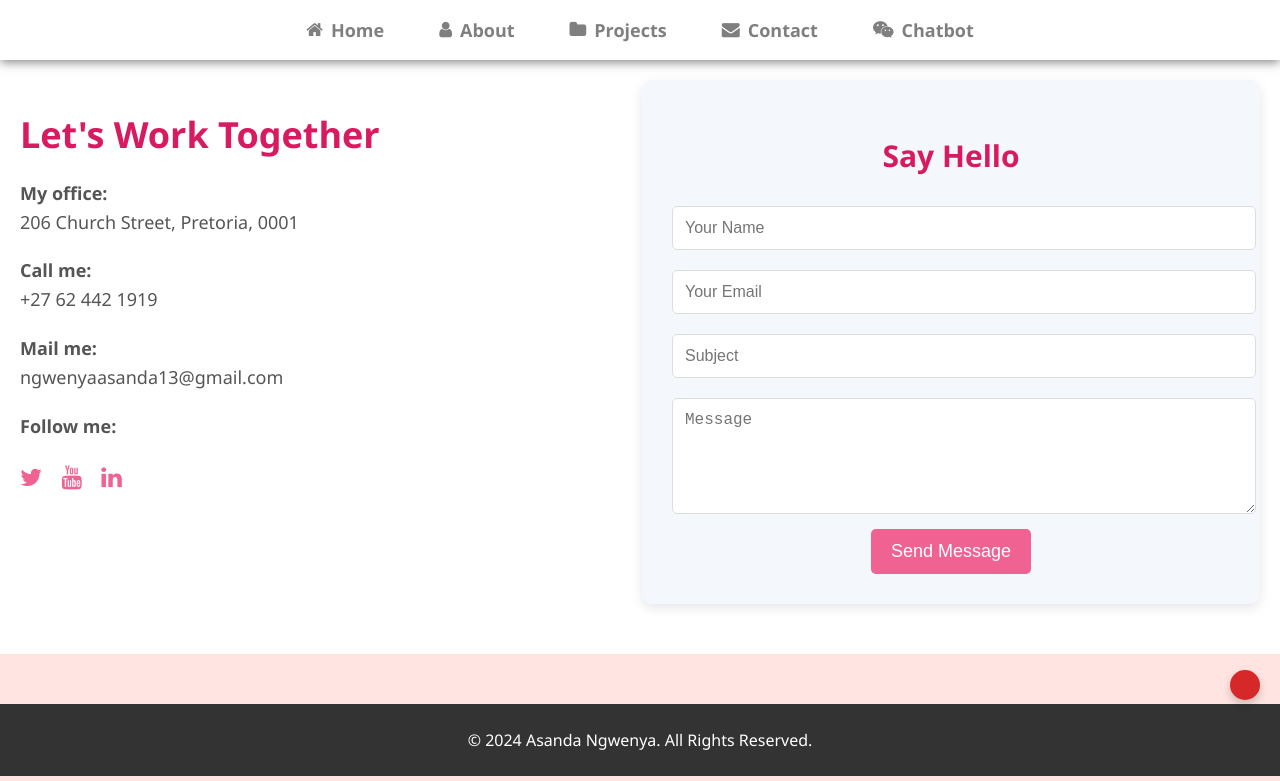
Repository: asandan8106/Asanda-sPortfolio
Page: Portfolio/contact.html
The author's editor kept a copy of each file at every save. The page is drawn from the files as they stood at one save, then again after a run of saves.
The browser window is 1280 px wide. The pictures show the whole page.

Above is the page before, as saved 2025-05-19 16:08:20.

### Portfolio/contact.html
<!DOCTYPE html>
<html lang="en">
<head>
    <meta charset="UTF-8">
    <meta name="viewport" content="width=device-width, initial-scale=1.0">
    <title>Contact Us</title>
    <link rel="stylesheet" href="https://cdnjs.cloudflare.com/ajax/libs/font-awesome/4.7.0/css/font-awesome.min.css">
    <link rel="stylesheet" href="https://cdnjs.cloudflare.com/ajax/libs/font-awesome/4.7.0/css/font-awesome.min.css">


      <link rel="stylesheet" href="styles/CSS/contact.css" />

</head>
<body>

    <!-- Navigation Bar -->
    <header>
        <nav class="navbar">
            <div class="icon-bar">
                <a href="index.html"><i class="fa fa-home"></i><span>Home</span></a>
                <a href="About.html"><i class="fa fa-user"></i><span>About</span></a>
                <a href="project.html"><i class="fa fa-folder"></i><span>Projects</span></a>
                <a href="contact.html"><i class="fa fa-envelope"></i><span>Contact</span></a>
                <a href="chatbot.html"><i class="fa fa-wechat"></i><span>Chatbot</span></a>
            </div>
        </nav>
    </header>

    <!-- Contact Section -->
    <section class="contact-section">
        <div class="contact-container">
            <!-- Contact Information -->
            <div class="contact-info">
                <h1>Let's Work Together</h1>
                <p><strong>My office:</strong><br>206 Church Street, Pretoria, 0001</p>
                <p><strong>Call me:</strong><br>+27 62 442 1919</p>
                <p><strong>Mail me:</strong><br>ngwenyaasanda13@gmail.com</p>
                <p><strong>Follow me:</strong></p>
                <div class="social-icons">
                    <a href="https://www.twitter.com/NgwenyaAN?t=rSr5NJFgYeAspSVYoNGzhA&s=09"><i class="fa fa-twitter"></i></a>
                    <a href="https://fa-youtube.com/@asanda-ngwenya7207?siMnRrGemXOtye"><i class="fa fa-youtube"></i></a>
                    <a href="https://www.linkedin.com/in/asanda-ngwenya-b72b5b2a9"><i class="fa fa-linkedin"></i></a>
                </div>
            </div>

            <!-- Contact Form -->
            <div class="contact-form">
                <h2>Say Hello</h2>
                <form>
                    <input type="text" placeholder="Your Name" required>
                    <input type="email" placeholder="Your Email" required>
                    <input type="text" placeholder="Subject" required>
                    <textarea placeholder="Message" rows="5" required></textarea>
                    <button type="submit">Send Message</button>
                </form>
            </div>
        </div>
    </section>
<!-- Floating Chatbot Icon for global navigation -->
  <a href="chatbot.html" class="chatbot-float" aria-label="Open Chatbot">
    <i class="fas fa-robot"></i>
  </a>
    <!-- Footer -->
    <footer>
        <p>&copy; 2024 Asanda Ngwenya. All Rights Reserved.</p>
    </footer>

</body>
</html>

### Portfolio/styles/CSS/contact.css
   /* General Styles */
        body {
            font-family: 'Segoe UI', Tahoma, Geneva, Verdana, sans-serif;
            margin: 0;
            padding: 0;
            background-color: #ffe4e1; /* Soft Pink */
            color: #333; /* Dark text */
        }

        h1, h2 {
            color: #d81b60; /* Dark pink */
        }

        a {
            text-decoration: none;
            color: #f06292; /* Light pink */
        }

        a:hover {
            text-decoration: underline;
        }

        /* Navigation Bar */
        .navbar {
    display: flex;
    justify-content: center;
    align-items: center;
    background:#fff; /* Transparent black for overlay effect */
    position: fixed;
    top: 0;
    width: 100%;
    height: 60px;
    z-index: 100;
    box-shadow: 0px 2px 10px rgba(0, 0, 0, 0.5);
}

.navbar .icon-bar {
    display: flex;
    gap: 25px;
}

.navbar .icon-bar a {
    text-decoration: none;
    color:rgba(0, 0, 0, 0.5);
    font-size: 18px;
    font-weight: bold;
    display: flex;
    align-items: center;
    transition: color 0.3s, background 0.3s;
    padding: 8px 15px;
    border-radius: 5px;
}

.navbar .icon-bar a i {
    margin-right: 8px;
}

.navbar .icon-bar a:hover {
    color: #d62828;
    background: rgba(255, 255, 255, 0.2);
}

.navbar .icon-bar a span {
    display: inline-block;
}

.navbar-right a:hover {
    color: #ff66b2;
}

        /* Contact Section */
        .contact-section {
            padding: 50px 20px;
            background-color: white;
            text-align: center;
        }

        .contact-container {
            display: flex;
            justify-content: space-between;
            gap: 30px;
            margin-top: 30px;
        }

        .contact-info {
            width: 45%;
            text-align: left;
        }

        .contact-info h1 {
            font-size: 36px;
            color: #d81b60; /* Dark pink */
            margin-bottom: 20px;
        }

        .contact-info p {
            font-size: 18px;
            line-height: 1.6;
            color: #555;
            margin-bottom: 20px;
        }

        .social-icons a {
            color: #f06292; /* Light pink */
            font-size: 24px;
            margin-right: 15px;
            transition: color 0.3s ease;
        }

        .social-icons a:hover {
            color: #d81b60; /* Dark pink */
        }

        .contact-form {
            width: 45%;
            background-color: #f4f7fb;
            padding: 30px;
            border-radius: 10px;
            box-shadow: 0 4px 12px rgba(0, 0, 0, 0.1);
        }

        .contact-form h2 {
            font-size: 30px;
            color: #d81b60;
            margin-bottom: 20px;
        }

        .contact-form form input, .contact-form form textarea {
            width: 100%;
            padding: 12px;
            margin: 10px 0;
            border-radius: 5px;
            border: 1px solid #ddd;
            font-size: 16px;
        }

        .contact-form form button {
            background-color: #f06292; /* Light pink */
            color: white;
            font-size: 18px;
            padding: 12px 20px;
            border-radius: 5px;
            border: none;
            cursor: pointer;
            transition: background-color 0.3s ease;
        }

        .contact-form form button:hover {
            background-color: #ec407a; /* Slightly darker pink */
        }
      /* Floating Chatbot Icon */
.chatbot-float {
    position: fixed;
    bottom: 20px;
    right: 20px;
    background-color: #d62828;
    color: #fff;
    padding: 15px;
    border-radius: 50%;
    text-align: center;
    box-shadow: 0 4px 8px rgba(0, 0, 0, 0.2);
    transition: background 0.3s ease;
    z-index: 999;
    animation: bounce 2.5s infinite;
}

.chatbot-float i {
    font-size: 22px;
}

/* On hover, darken the color */
.chatbot-float:hover {
    background-color: #b71c1c;
}

/* Bounce Animation */
@keyframes bounce {
    0%, 20%, 50%, 80%, 100% {
        transform: translateY(0);
    }

    40% {
        transform: translateY(-10px);
    }

    60% {
        transform: translateY(-5px);
    }
}


        /* Footer */
        footer {
            background-color: #333; /* Black */
            color: white;
            padding: 20px;
            text-align: center;
            margin-top: 50px;
        }

        footer p {
            margin: 5px 0;
        }

        footer a {
            color: #f06292; /* Light pink */
            text-decoration: none;
            font-weight: bold;
        }

        footer a:hover {
            text-decoration: underline;
        }

        /* Responsive Design */
        @media screen and (max-width: 768px) {
            .contact-container {
                flex-direction: column;
                align-items: center;
            }

            .contact-info, .contact-form {
                width: 80%;
            }
        }

        @media screen and (max-width: 480px) {
            .navbar .icon-bar a {
                font-size: 18px;
                margin: 0 8px;
            }

            .contact-form form button {
                font-size: 16px;
            }
        }
    /* Theme Toggle Button */
#theme-toggle {
    position: fixed;
    bottom: 160px;
    right: 20px;
    background-color: #fdd835;
    color: #000;
    border: none;
    padding: 14px;
    border-radius: 50%;
    font-size: 20px;
    cursor: pointer;
    box-shadow: 0 4px 8px rgba(0,0,0,0.3);
    z-index: 1000;
    transition: background 0.3s ease, transform 0.3s ease;
}

#theme-toggle:hover {
    background-color: #fbc02d;
    transform: scale(1.1);
}

/* Dark Mode Styles */
body.dark-mode {
    background-color: #121212;
    color: #f0f0f0;
}

body.dark-mode footer {
    background-color: #1e1e1e;
    color: #ddd;
}

body.dark-mode a {
    color: #90caf9;
}

body.dark-mode .chatbot-float,
body.dark-mode #back-to-top,
body.dark-mode #theme-toggle {
    box-shadow: 0 4px 8px rgba(255, 255, 255, 0.2);
}

After the next 2 saves:
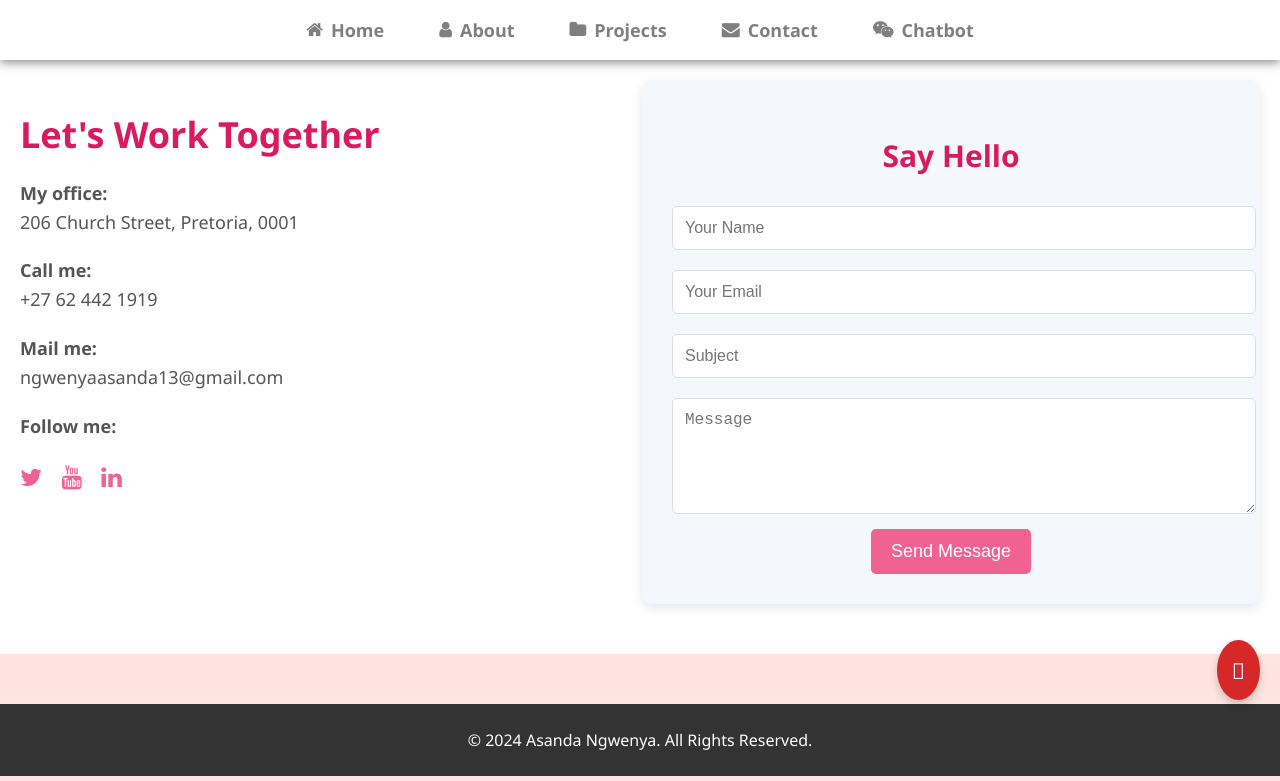
The 2 saves are shown as one change because they came seconds apart.
The last was saved 33 s later.
--- a/Portfolio/contact.html
+++ b/Portfolio/contact.html
@@ -58,7 +58,7 @@
     </section>
 <!-- Floating Chatbot Icon for global navigation -->
   <a href="chatbot.html" class="chatbot-float" aria-label="Open Chatbot">
-    <i class="fas fa-robot"></i>
+    <i class="fas fa-wechat"></i>
   </a>
     <!-- Footer -->
     <footer>

After the 4 saves that followed:
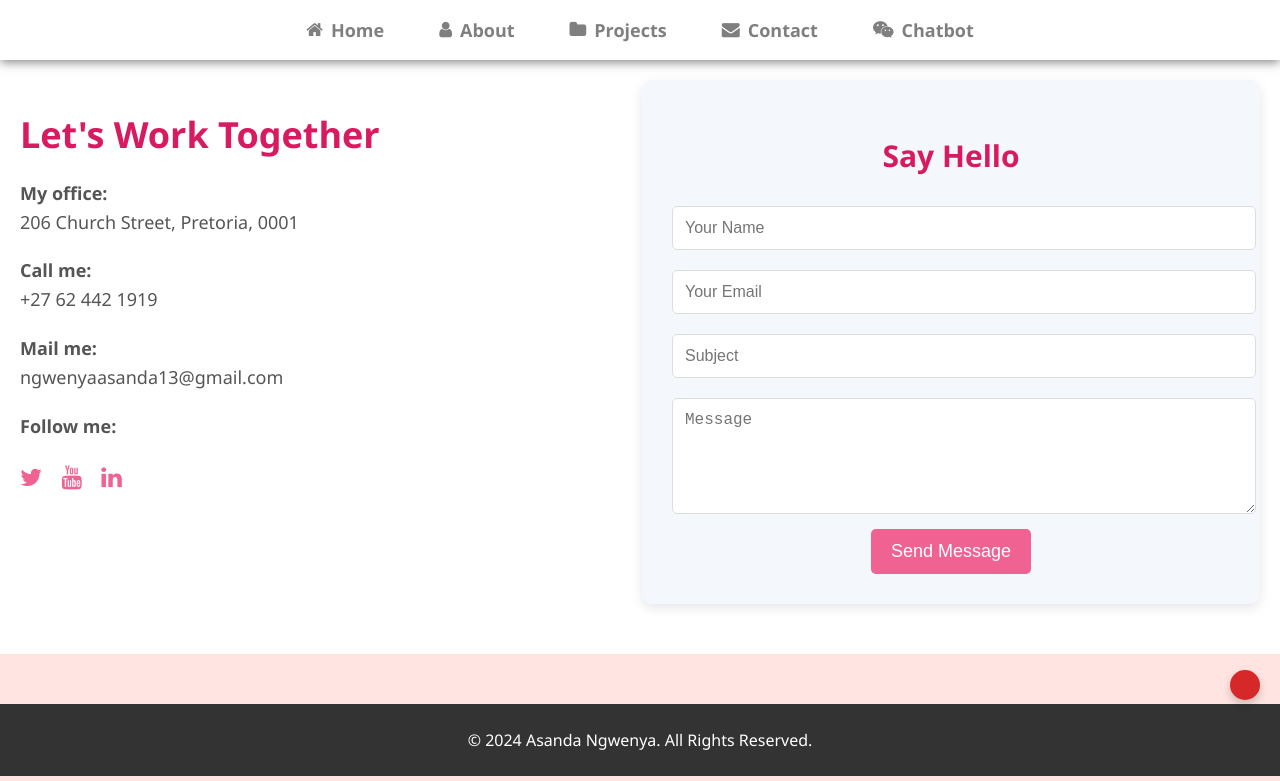
The 4 saves are shown as one change because they came seconds apart.
The last was saved 2 min 12 s later.
--- a/Portfolio/contact.html
+++ b/Portfolio/contact.html
@@ -58,7 +58,7 @@
     </section>
 <!-- Floating Chatbot Icon for global navigation -->
   <a href="chatbot.html" class="chatbot-float" aria-label="Open Chatbot">
-    <i class="fas fa-wechat"></i>
+    <i class="fas fa-robz"></i>
   </a>
     <!-- Footer -->
     <footer>
